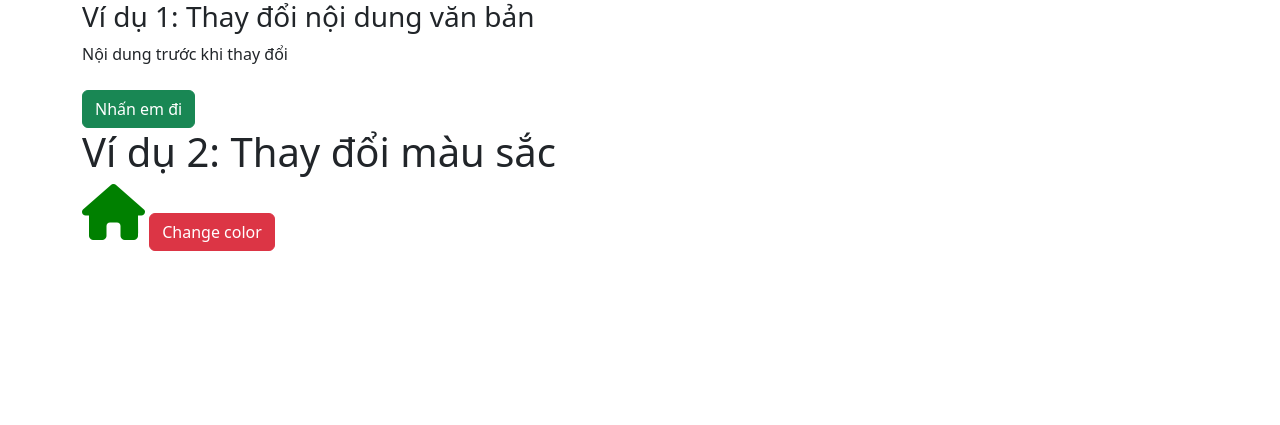
Repository: hcozyph/cyberSoft_JS_fulldocs
Page: JS_2/index.html
An editor plug-in stored every save of this project. The page is shown before and after the next save, followed by the edit.
The browser window is 1280 px wide. The pictures show the whole page.
After loading, the first visible `button.btn-danger` was clicked once.

Above is the page before, as saved 2023-01-21 19:01:45.
Console error: ReferenceError: tagHome is not defined

After the next save:
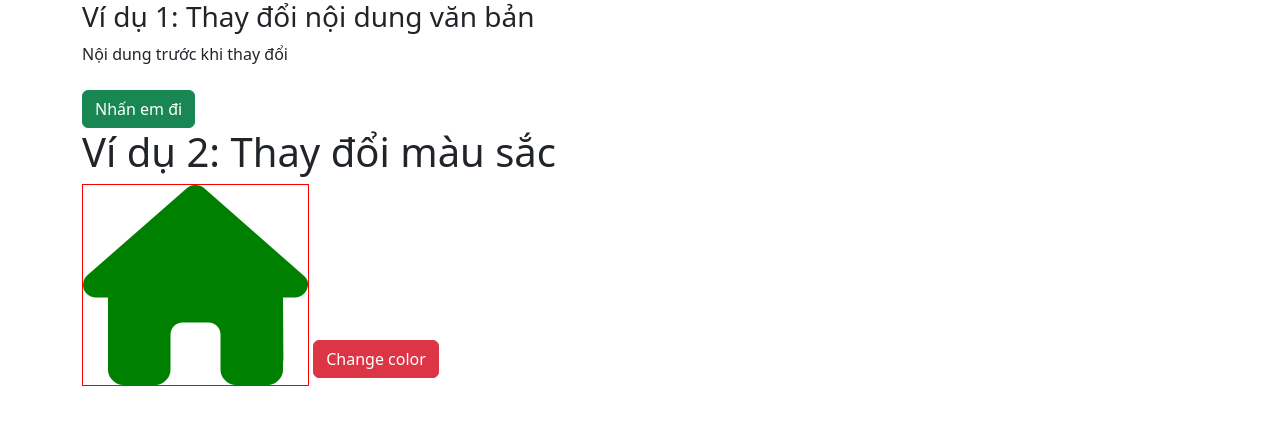
The error is gone.
Saved 85 s later.
--- a/JS_2/index.js
+++ b/JS_2/index.js
@@ -7,7 +7,7 @@ function thayDoiNoiDung() {
 
 //Ví dụ 2: Thay đổi màu sắc
 function changeColor () {
-    // var tagHome = document.getElementById('home');
+    var tagHome = document.getElementById('home');
     // tagHome.style.color = 'red';
     // // đối với thuộc tính CSS có 2 từ trở lên -> viết kiểu camelS
     // tagHome.style.fontSize = '200px';
